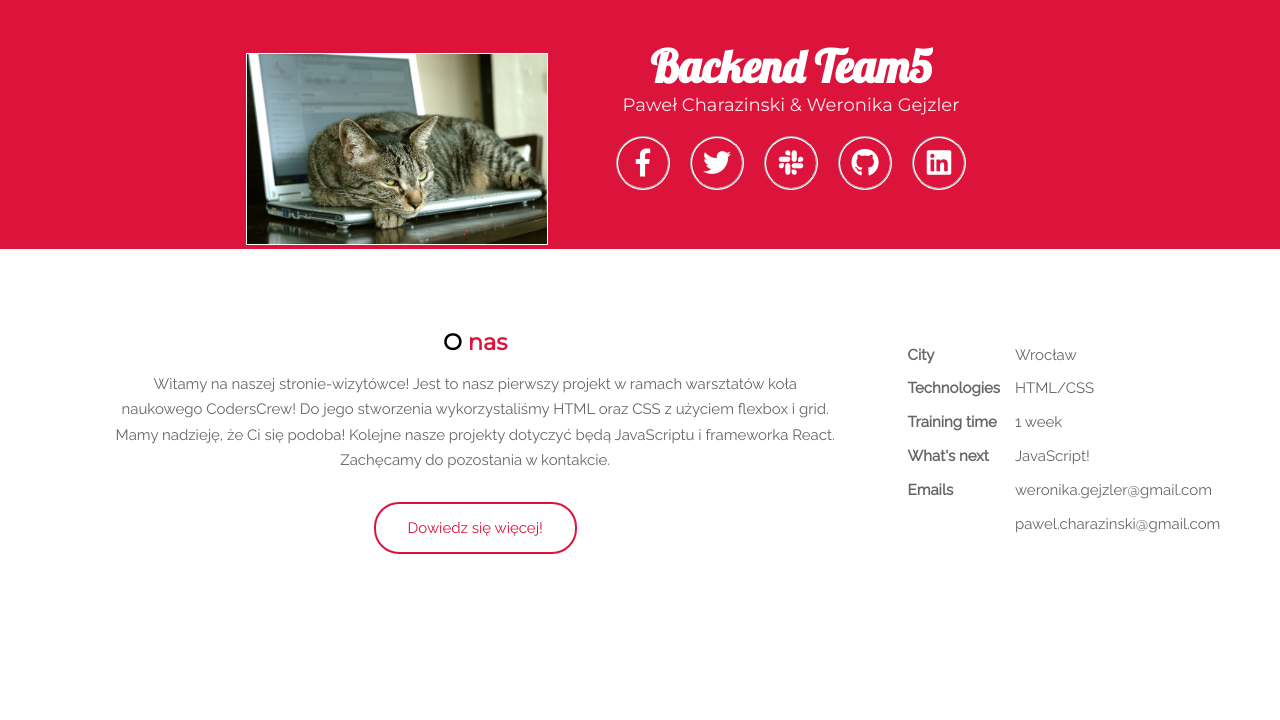
Repository: pietruszka/cc_proj1
Page: index.html
An editor plug-in stored every save of this project. The page is shown before and after a run of saves, followed by the edit.
The browser window is 1280 px wide. The pictures show the whole page.
Some web libraries are served in a nearby version.

Above is the page before, as saved 2018-11-18 20:39:30.

### index.html
<!DOCTYPE html>
<html lang="en">

<head>
    <meta charset="UTF-8">
    <meta name="viewport" content="width=device-width, initial-scale=1.0">
    <link rel="stylesheet" href="./style.css" />
    <link href="https://fonts.googleapis.com/css?family=Lobster" rel="stylesheet">
    <link href="https://use.fontawesome.com/releases/v5.0.8/css/all.css" rel="stylesheet">
    <link href="https://fonts.googleapis.com/css?family=Montserrat" rel="stylesheet">
    <link href="https://fonts.googleapis.com/css?family=Raleway" rel="stylesheet">
    <title>BackendTeam5</title>
</head>

<body>


        <div id="top">
            <div id="photo"><img id="photo1" src="people.jpg" alt=""></div>
            <div id="heading">


               <h1 id="heading1">Backend Team5</h1>
               <h2 id="heading2">Paweł Charazinski &amp; Weronika Gejzler</h2>
               <div class="nav">

                <div class="nav-item">
                    <a href="#" class="fab fa-facebook-f"></a>
                </div>
                <div class="nav-item">
                    <a href="#" class="fab fa-twitter"></a>
                </div>

                <div class="nav-item">
                    <a href="#" class="fab fa-slack"></a>
                </div>
                <div class="nav-item">
                    <a href="#" class="fab fa-github"></a>
                </div>
                <div class="nav-item">
                    <a href="#" class="fab fa-linkedin"></a>
                </div>
            </div>


            </div>

        </div>

        <div id="bottom">
            <div id="about">
<h1 id="h_about">O <span style="color:crimson">nas</span></h1>
<p id="p_about">Witamy na naszej stronie-wizytówce! Jest to nasz pierwszy projekt w ramach warsztatów koła naukowego CodersCrew! Do jego stworzenia wykorzystaliśmy HTML oraz CSS z użyciem flexbox i grid. Mamy nadzieję, że Ci się podoba! Kolejne nasze projekty dotyczyć będą JavaScriptu i frameworka React. Zachęcamy do pozostania w kontakcie.</p>
<div id="button">Dowiedz się więcej!</div>


            </div>
            <div id="details">
<table>
    <tr>
        <td class="table"><b>City</b></td>
        <td class="table">Wrocław</td>
    </tr>
    <tr>
        <td class="table"><b>Technologies</b></td>
        <td class="table">HTML/CSS</td>
    </tr>
    <tr>
        <td class="table"><b>Training time</b></td>
        <td class="table">1 week</td>
    </tr>
    <tr>
        <td class="table"><b>What's next</b></td>
        <td class="table">JavaScript!</td>
    </tr>
    <tr>
        <td class="table"><b>Emails</b></td>
        <td class="table">weronika.gejzler@gmail.com
        </td>
    </tr>
    <tr><td class="table"></td><td class="table">pawel.charazinski@gmail.com
        </td></tr>

</table>
</div>
        </div>


</div>
</body>

</html>

### style.css
body{
    margin: 0 0 1vw 0;
    font-size: 15px;


}
#top{
   display: flex;
   flex-direction: row;
   flex-wrap: wrap;
   align-items: center;
   justify-content: center;

    background-color: crimson;
    color: white;



}
#photo{
align-self: flex-end;


}
#photo1{
width: auto;
height: auto;
   max-width: 300px;
   max-height: 200px;
   border: 1px solid white;

}

#heading{

  padding: 3vw;

}

#heading1 {

    font-size: 3em;
    font-weight: 700;
        font-family: 'Lobster', cursive;
    text-align: center;
    margin:0;
   }
   #heading2 {

    font-size: 1.2em;
    font-weight: 100;
    font-family:  Montserrat;
    text-align: center;
    margin: 0%;
    opacity: 0.9;
    }

    a {
        color: white;
        text-decoration: none;

    }
    .nav {
        display: flex;
        justify-content: center;
        margin: 20px;
        flex-wrap: wrap;

    }

    .nav-item {

        animation: show 0.5s ease-in-out forwards;

        transition: all 0.3s ease-in-out;
        border-radius: 100%;
        border: groove 2px white;

        width: 50px;
        height: 50px;
        margin: 0 10px;
        display: flex;
        align-items: center;
        justify-content: center;

    }

    .nav-item:hover {
        cursor: pointer;

        opacity: 0.8;

    }

    .nav-item a:hover {

        opacity: 0.5;

    }

    .nav-item a {
        font-size: 28px;

    }

#bottom{
    display: flex;
    flex-direction: row;
    align-items: center;
    margin: 0 4vw;
    fle



}
#about{
   margin: 5vw;

   text-align: center;
}
#h_about{
   font-family:  Montserrat;
    font-style: Bold;
    font-size: 1.5em;

        line-height: 29px;

}
#p_about{
   color: #666666;
   Font-Family: Raleway;
Font-Style: Regular;

Line-Height: 1.7em;

}
#button{
    margin: 1vw;
    border: 2px solid crimson;
    border-radius: 25px;
    background-color: white;
    color: crimson;

    padding: 15px 32px;
    text-align: center;
    text-decoration: none;
    display: inline-block;

    Font-Family: Raleway;
}

#button:hover {
    cursor: pointer;
    background-color: bisque;
    transform: scale(1.03);

}


#details{

    color: #666666;
    Font-Family: Raleway;
 Font-Style: Regular;

 Line-Height: 19px;
 text-Align: Left;
 grid-area: details;
}
.table{
    padding: 0.5vw;
}

After the next 3 saves:
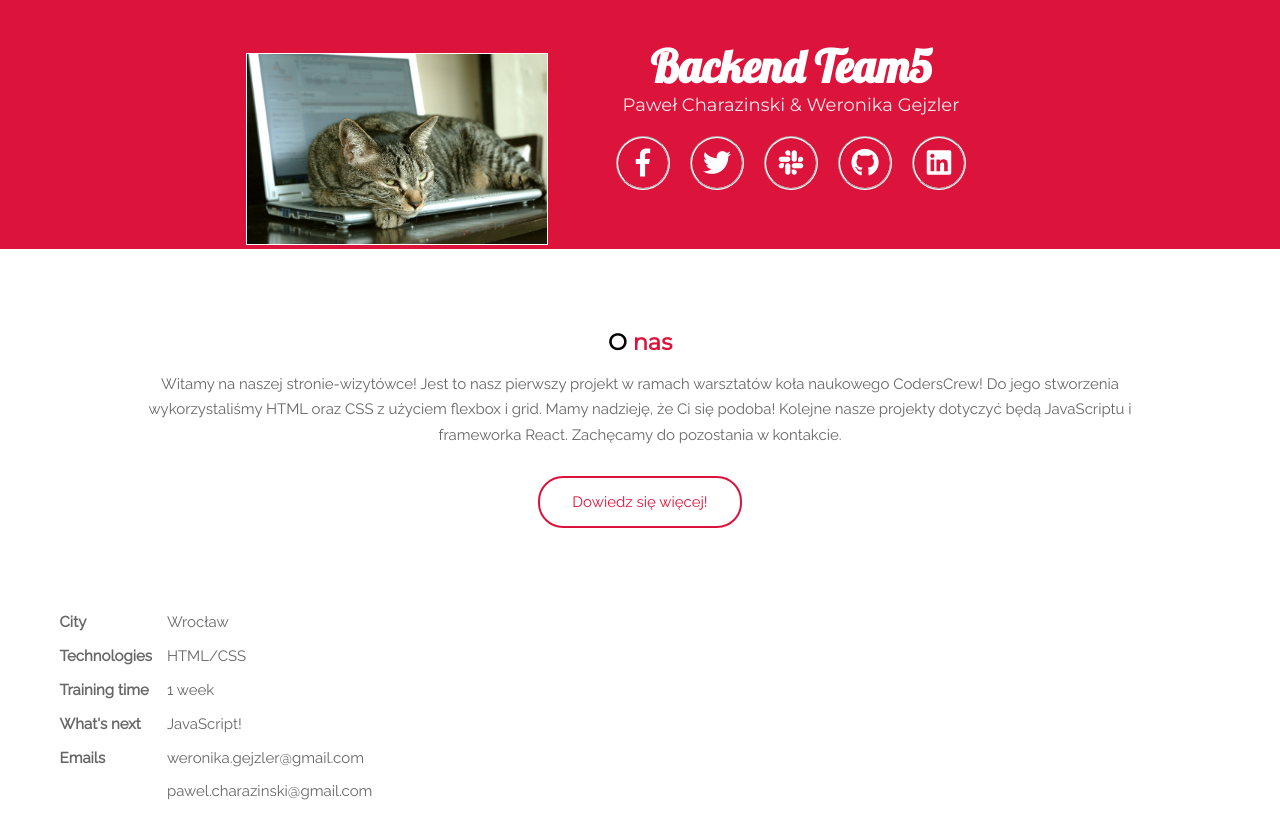
The 3 saves are shown as one change because they came seconds apart.
The last was saved 11 s later.
--- a/style.css
+++ b/style.css
@@ -108,7 +108,7 @@
     flex-direction: row;
     align-items: center;
     margin: 0 4vw;
-    fle
+    flex-wrap: wrap;
 
 
 

After the save that followed:
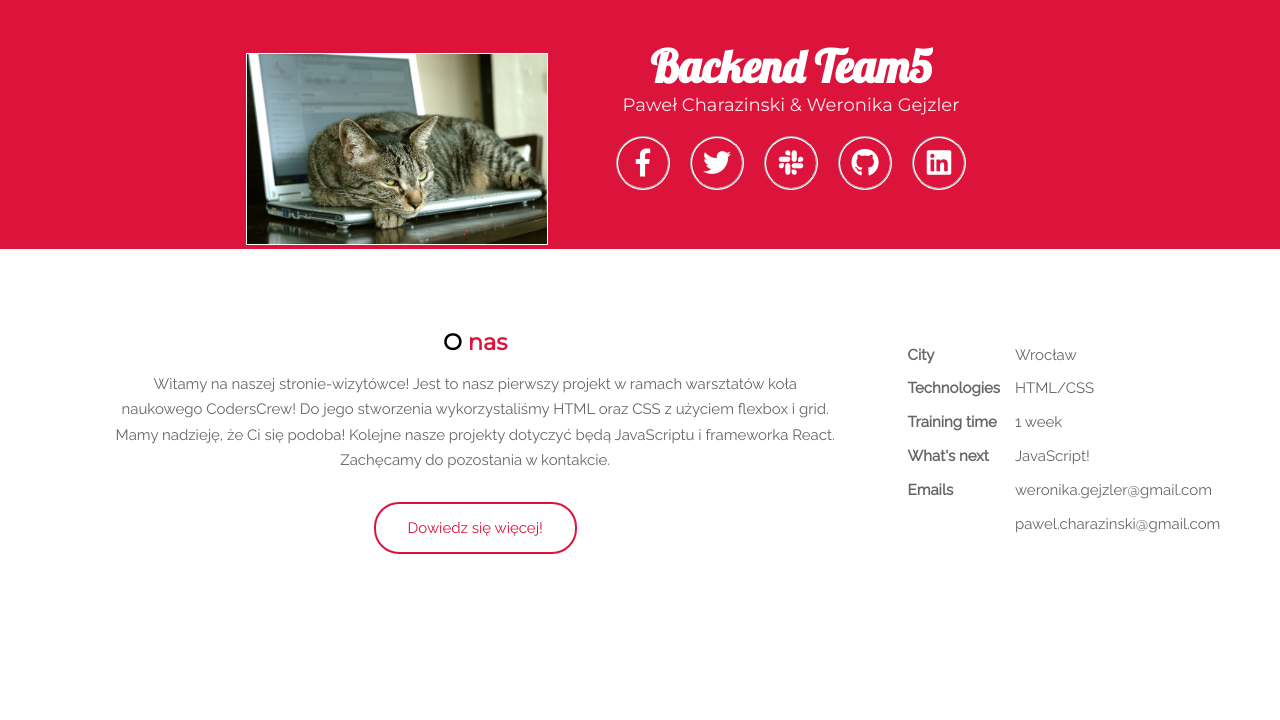
Saved 28 s later.
--- a/style.css
+++ b/style.css
@@ -108,7 +108,7 @@
     flex-direction: row;
     align-items: center;
     margin: 0 4vw;
-    flex-wrap: wrap;
+    flex-wrap:;
 
 
 
